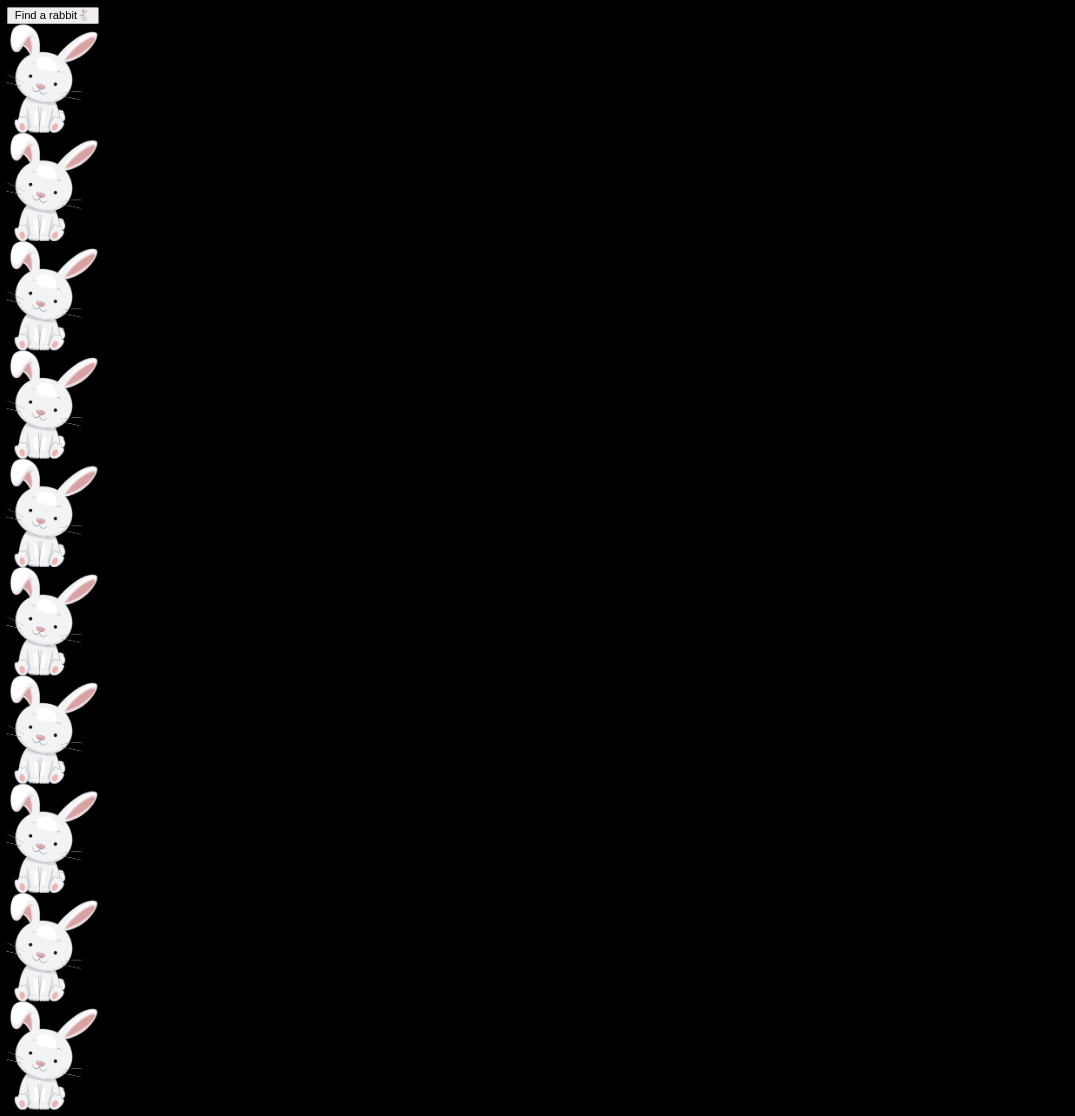
Repository: dhchun1203/browser-practice-works-
Page: rabbits/index.html
These files come from the project's save history. The page is drawn as it stood at one moment and after the next save; the edit follows.
The browser window is 1280 px wide. The pictures show the whole page, at 84% of full size.

Above is the page before, as saved 2021-01-04 12:08:59.

After the next save:
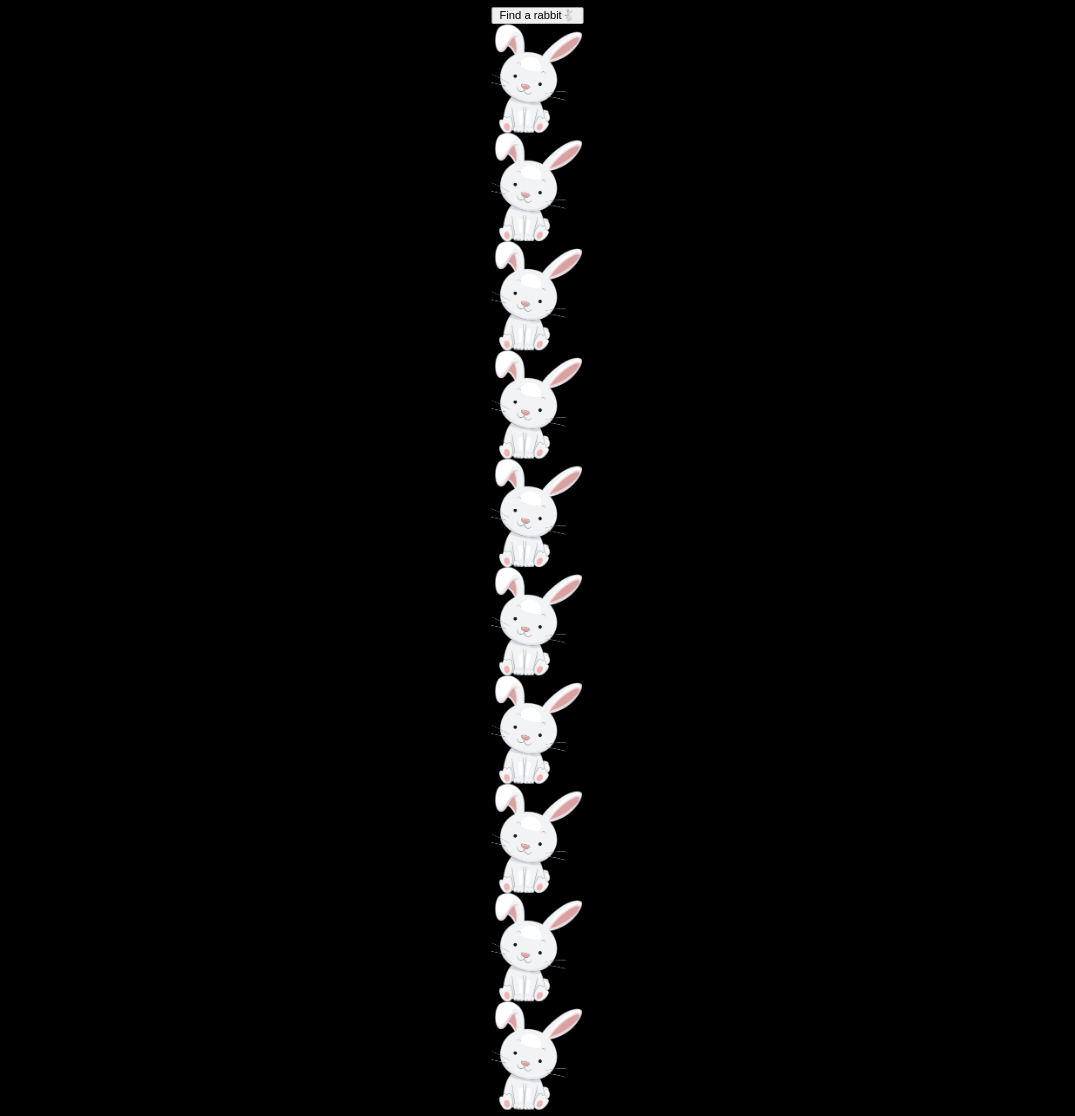
Saved 11 s later.
--- a/rabbits/index.html
+++ b/rabbits/index.html
@@ -9,6 +9,7 @@
 				background-color: black;
 				display: flex;
 				flex-direction: column;
+				align-items: center;
 			}
 			button {
 				width: 110px;
